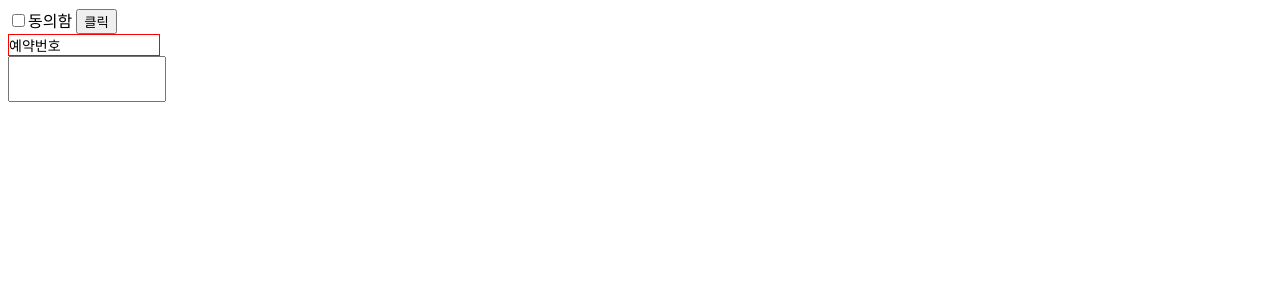
Repository: mekeyace/portfolio
Page: http://localhost/web/check.jsp
An editor plug-in stored every save of this project. The page is shown before and after the next save, followed by the edit.
The browser window is 1280 px wide. The pictures show the whole page.
The page is served by Tomcat 9. Other server files are loaded and not shown.

Above is the page before, as saved 2023-06-22 02:18:42.

### maven/web/src/main/webapp/check.jsp
<%@ page language="java" contentType="text/html; charset=UTF-8"
    pageEncoding="UTF-8"%>
<!DOCTYPE html>
<html>
<head>
<meta charset="UTF-8">
<meta name="viewport" content="width=device-width, initial-scale=1" />
<title>Insert title here</title>
</head>
<body>
<!-- 체크박스1 : 체크시 : Y 미체크시 : N -->
<form id="frm" method="post" action="./checkok.do">
<input type="hidden" name="cks" value="N">
<input type="checkbox" id="agree">동의함
<input type="button" value="클릭" onclick="abc()">

<div style="font-size:14px; width:150px; border:1px solid red;">예약번호</div>
<input type="text" style="width:150px; height:40px;">
<br>
</form>
<!-- 체크박스2 : 체크시 : Y 미체크시 : null -->
</body>
<script>
function abc(){
	frm.submit();
}
</script>
</html>

After the next save:
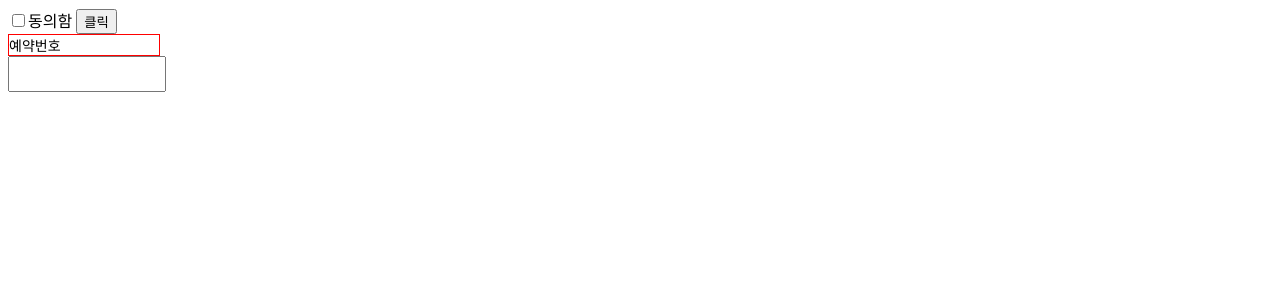
Saved 29 s later.
--- a/maven/web/src/main/webapp/check.jsp
+++ b/maven/web/src/main/webapp/check.jsp
@@ -15,7 +15,7 @@
 <input type="button" value="클릭" onclick="abc()">
 
 <div style="font-size:14px; width:150px; border:1px solid red;">예약번호</div>
-<input type="text" style="width:150px; height:40px;">
+<input type="text" style="width:150px; height:30px;">
 <br>
 </form>
 <!-- 체크박스2 : 체크시 : Y 미체크시 : null -->
